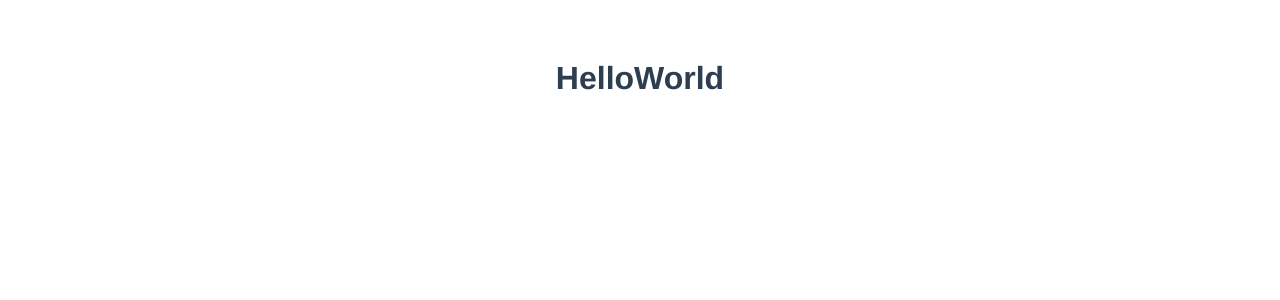
Repository: tianyige21/course-vue
Page: /#/
These files come from the project's save history. The page is drawn as it stood at one moment and after the next save; the edit follows.
The browser window is 1280 px wide. The pictures show the whole page.
The project was rebuilt for these pictures with package versions that can differ from the ones it lists, and the page was loaded fresh each time. Also part of the build but not shown: vue.config.js, src/views/test.vue.

Above is the page before, as saved 2021-10-18 17:36:16.

After the next save:
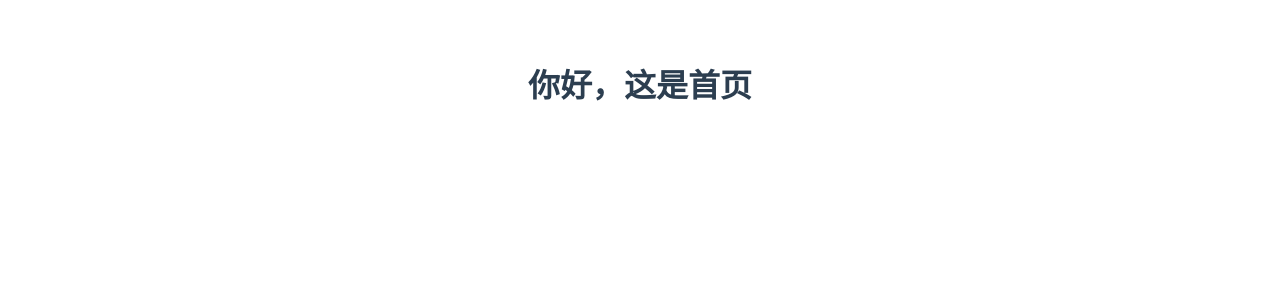
Saved 19 s later.
--- a/src/components/HelloWorld.vue
+++ b/src/components/HelloWorld.vue
@@ -1,6 +1,6 @@
 <template>
   <div class="hello">
-    <h1>HelloWorld</h1>
+    <h1>你好，这是首页</h1>
   </div>
 </template>
 
